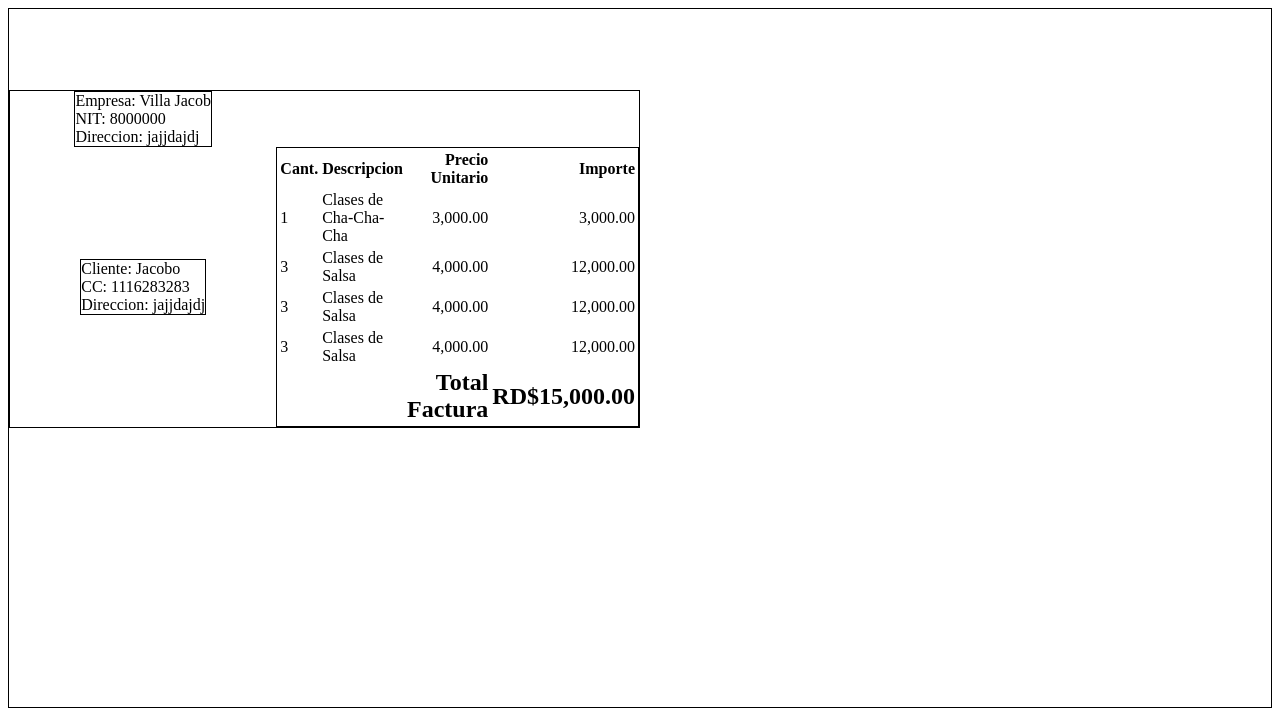
Repository: MrVanQish/FacturaEstructura
Page: index.html
These files come from the project's save history. The page is drawn as it stood at one moment and after the next save; the edit follows.
The browser window is 1280 px wide. The pictures show the whole page.

Above is the page before, as saved 2021-09-29 10:49:37.

### index.html
<!DOCTYPE html>
<html lang="en">
<head>
    <meta charset="UTF-8">
    <meta http-equiv="X-UA-Compatible" content="IE=edge">
    <meta name="viewport" content="width=device-width, initial-scale=1.0">
    <title>Document</title>
    <link rel="stylesheet" href="styles.css">
</head>
<body>

    <div class="wrapper">

        <div class="factura1">
                <div class="infoEmpresa-f">
                    Empresa: Villa Jacob
                    <br>
                    NIT: 8000000
                    <br>
                    Direccion: jajjdajdj
                </div>

                <div class="infoCliente-f">
                    Cliente: Jacobo
                    <br>
                    CC: 1116283283
                    <br>
                    Direccion: jajjdajdj
                </div>


                    <div class="items-f row my-5">
                        <table class="table table-borderless factura">
                          <thead>
                            <tr>
                              <th>Cant.</th>
                              <th>Descripcion</th>
                              <th>Precio Unitario</th>
                              <th>Importe</th>
                            </tr>
                          </thead>
                          <tbody>
                            <tr>
                              <td>1</td>
                              <td>Clases de Cha-Cha-Cha</td>
                              <td>3,000.00</td>
                              <td>3,000.00</td>
                            </tr>
                            <tr>
                              <td>3</td>
                              <td>Clases de Salsa</td>
                              <td>4,000.00</td>
                              <td>12,000.00</td>
                            </tr>
                            <tr>
                              <td>3</td>
                              <td>Clases de Salsa</td>
                              <td>4,000.00</td>
                              <td>12,000.00</td>
                            </tr>
                            <tr>
                              <td>3</td>
                              <td>Clases de Salsa</td>
                              <td>4,000.00</td>
                              <td>12,000.00</td>
                            </tr>

                          </tbody>
                          <tfoot>
                            <tr>
                              <th></th>
                              <th></th>
                              <th>Total Factura</th>
                              <th>RD$15,000.00</th>
                            </tr>
                          </tfoot>
                        </table>
                        <div class="cond row"></div>
                      </div>

        </div>

    </div>









    </div>

</body>
</html>

### styles.css
@page {
    size: A4 landscape;
}

.factura {
  table-layout: fixed;
}

.factura > thead {
  border-top: solid 3px #000;
  border-bottom: 3px solid #000;
}

.factura > thead > tr > th:nth-child(2), .factura > tbod > tr > td:nth-child(2) {
  width: 300px;
}

.factura > thead > tr > th:nth-child(n+3) {
  text-align: right;
}

.factura > tbody > tr > td:nth-child(n+3) {
  text-align: right;
}

.factura > tfoot > tr > th, .factura > tfoot > tr > th:nth-child(n+3) {
  font-size: 24px;
  text-align: right;
}


.wrapper {
    height: 97vh;
    border: 1px solid #000;
    display: grid;
    grid-template-columns: 1fr 1fr;
    grid-template-rows: 500px;
    grid-template-areas:
      "f1 f2";
  }

  .factura1 {

    display: grid;
    grid-area: f1;
    align-self: center;
    justify-self: center;
    border: 1px solid #000;
    grid-template-columns: 1fr 1fr;
    grid-template-rows: auto;
    grid-template-areas:
      "infoEmpresa-f x"
      "infoCliente-f items-f"
  }


.infoEmpresa-f{

    grid-area: infoEmpresa-f;
    border: 1px solid #000;
    align-self: center;
    justify-self: center;

}

.infoCliente-f{
    grid-area: infoCliente-f;
    border: 1px solid #000;
    align-self: center;
    justify-self: center;
}

.items-f{
    grid-area: items-f;
    border: 1px solid #000;
    align-self: center;
    justify-self: center;
}

After the next save:
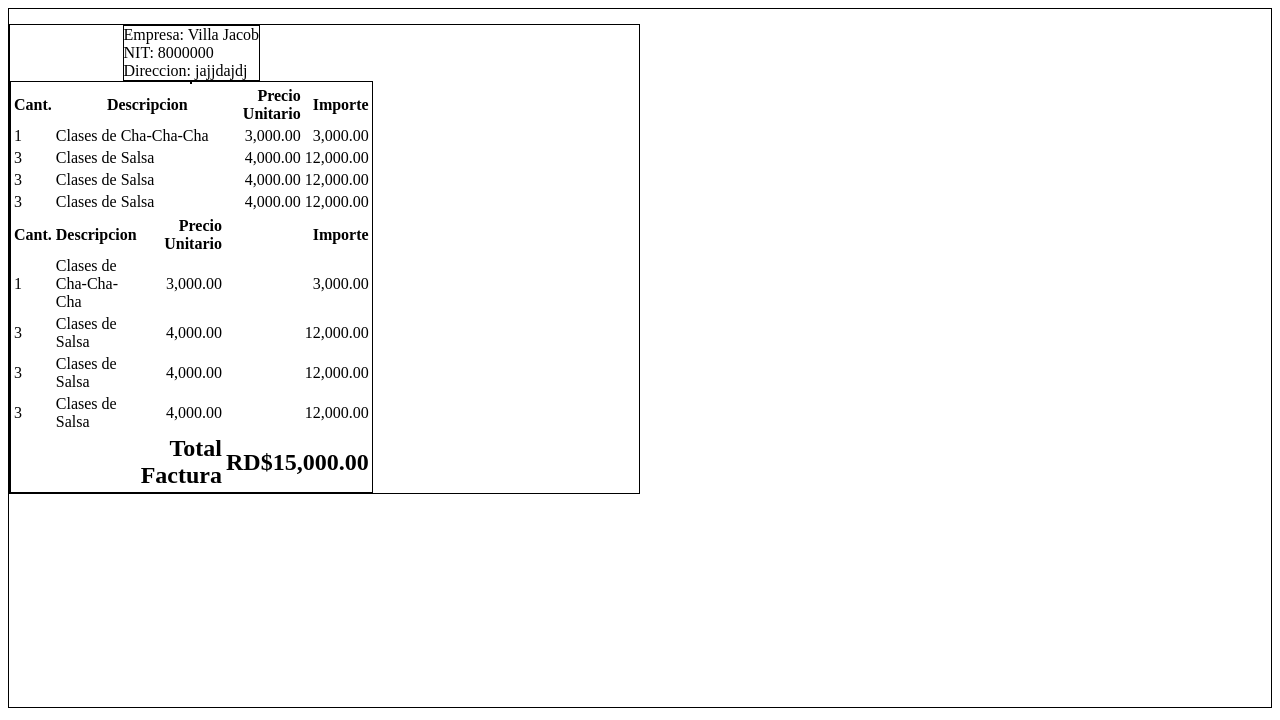
Saved 2 min 26 s later.
--- a/index.html
+++ b/index.html
@@ -21,11 +21,42 @@
                 </div>
 
                 <div class="infoCliente-f">
-                    Cliente: Jacobo
-                    <br>
-                    CC: 1116283283
-                    <br>
-                    Direccion: jajjdajdj
+                    <table class="table table-borderless factura">
+                          <thead>
+                            <tr>
+                              <th>Cant.</th>
+                              <th>Descripcion</th>
+                              <th>Precio Unitario</th>
+                              <th>Importe</th>
+                            </tr>
+                          </thead>
+                          <tbody>
+                            <tr>
+                              <td>1</td>
+                              <td>Clases de Cha-Cha-Cha</td>
+                              <td>3,000.00</td>
+                              <td>3,000.00</td>
+                            </tr>
+                            <tr>
+                              <td>3</td>
+                              <td>Clases de Salsa</td>
+                              <td>4,000.00</td>
+                              <td>12,000.00</td>
+                            </tr>
+                            <tr>
+                              <td>3</td>
+                              <td>Clases de Salsa</td>
+                              <td>4,000.00</td>
+                              <td>12,000.00</td>
+                            </tr>
+                            <tr>
+                              <td>3</td>
+                              <td>Clases de Salsa</td>
+                              <td>4,000.00</td>
+                              <td>12,000.00</td>
+                            </tr>
+
+                          </tbody>
                 </div>
 
 
